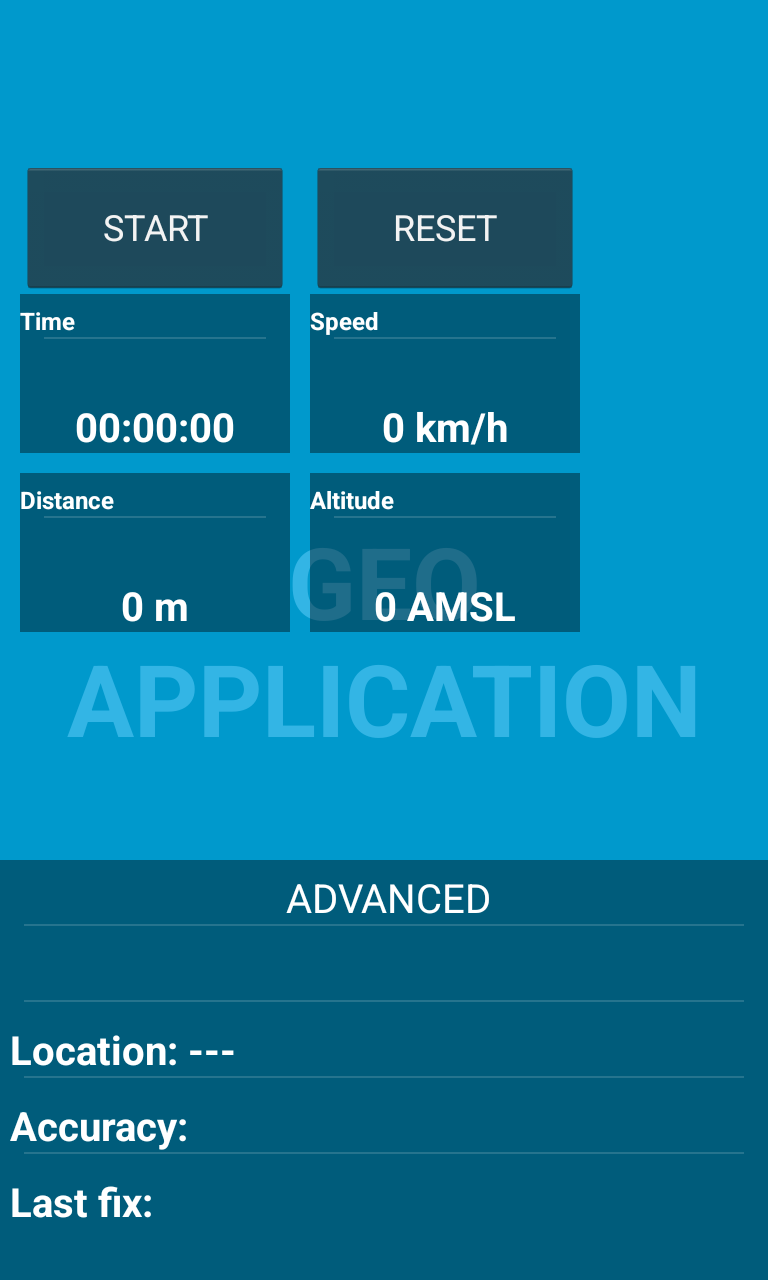
Repository: sebastianR1001/GeoApplication
Layout: GeoApplication/res/layout/activity_fullscreen.xml
An editor plug-in stored every save of this project. The layout is shown before and after the next save, followed by the edit.
It is drawn on a 768 x 1280 px phone screen (xhdpi) without system bars, with theme FullscreenTheme; the app's code is not run.

Above is the layout before, as saved 2014-10-24 18:28:20.

After the next save:
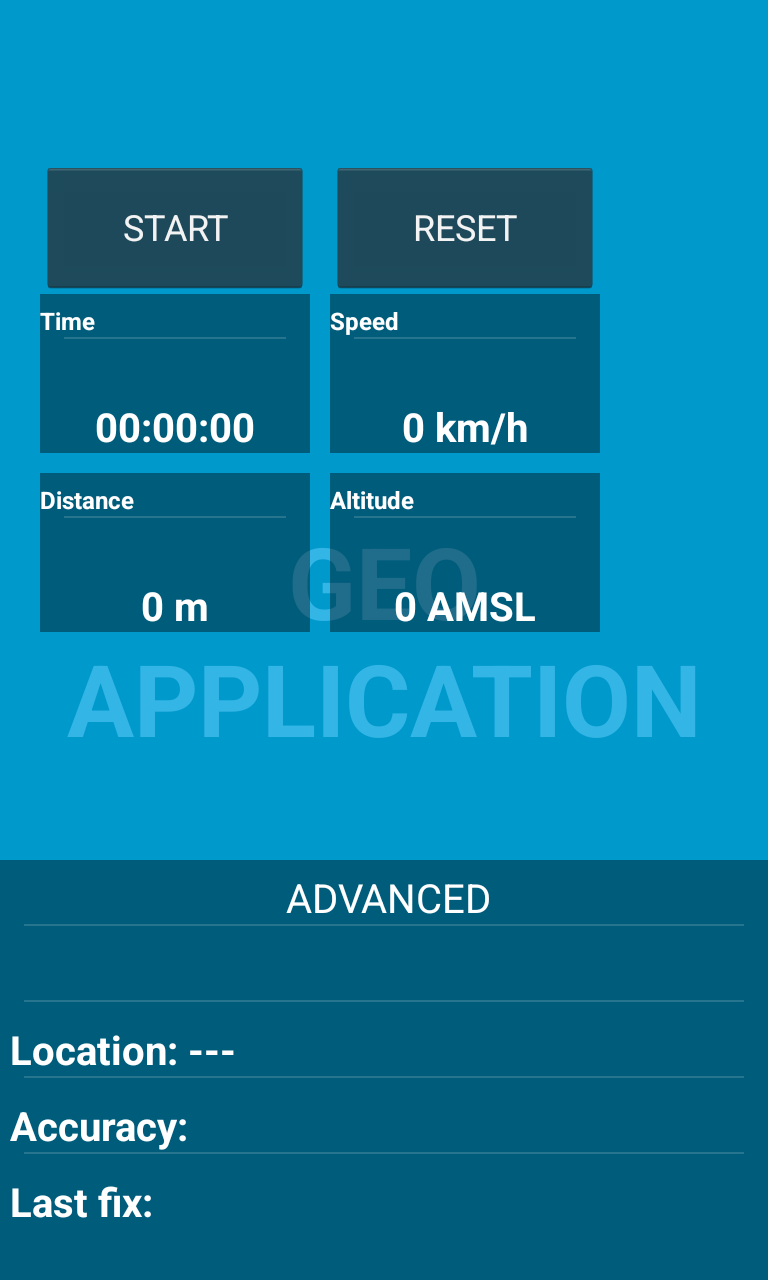
Saved 49 s later.
--- a/GeoApplication/res/layout/activity_fullscreen.xml
+++ b/GeoApplication/res/layout/activity_fullscreen.xml
@@ -25,7 +25,9 @@
      <TableLayout
         android:layout_width="wrap_content"
         android:layout_height="wrap_content"
-        android:layout_marginTop="80dp"   >
+        android:layout_marginTop="80dp"
+        android:layout_marginLeft="10dp"
+        android:layout_marginRight="10dp"  >
 
          <TableRow
             android:id="@+id/tableRow0"
